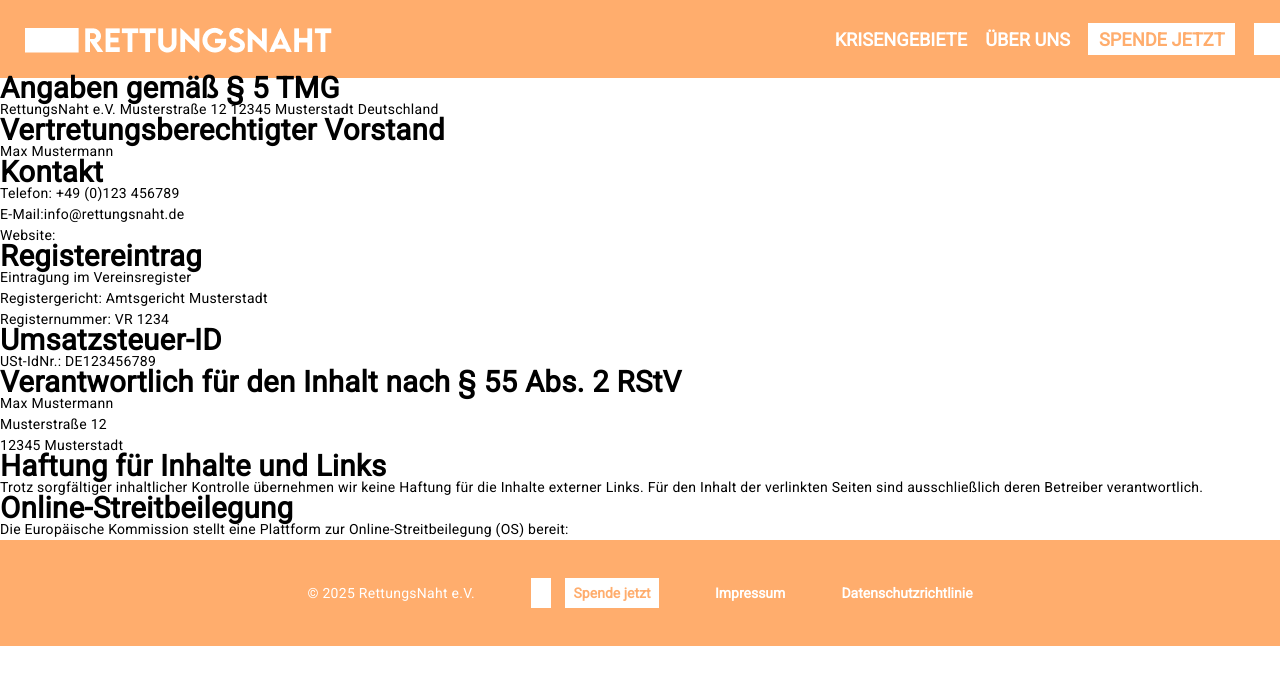
Repository: chriZVee/rettungsnaht
Page: /imprint
The author's editor kept a copy of each file at every save. The page is drawn from the files as they stood at one save, then again after the next save.
The browser window is 1280 px wide. The pictures show the whole page.
The project was rebuilt for these pictures with package versions that can differ from the ones it lists, and the page was loaded fresh each time. Also part of the build but not shown: vite.config.js, src/index.css, src/styles/hero.css, src/components/Hero.jsx, src/styles/form.css, src/components/form/AreaSelection.jsx, src/components/form/ContactData.jsx, src/components/form/DonationMethod.jsx and 15 more.

Above is the page before, as saved 2025-04-14 12:18:11.

After the next save:
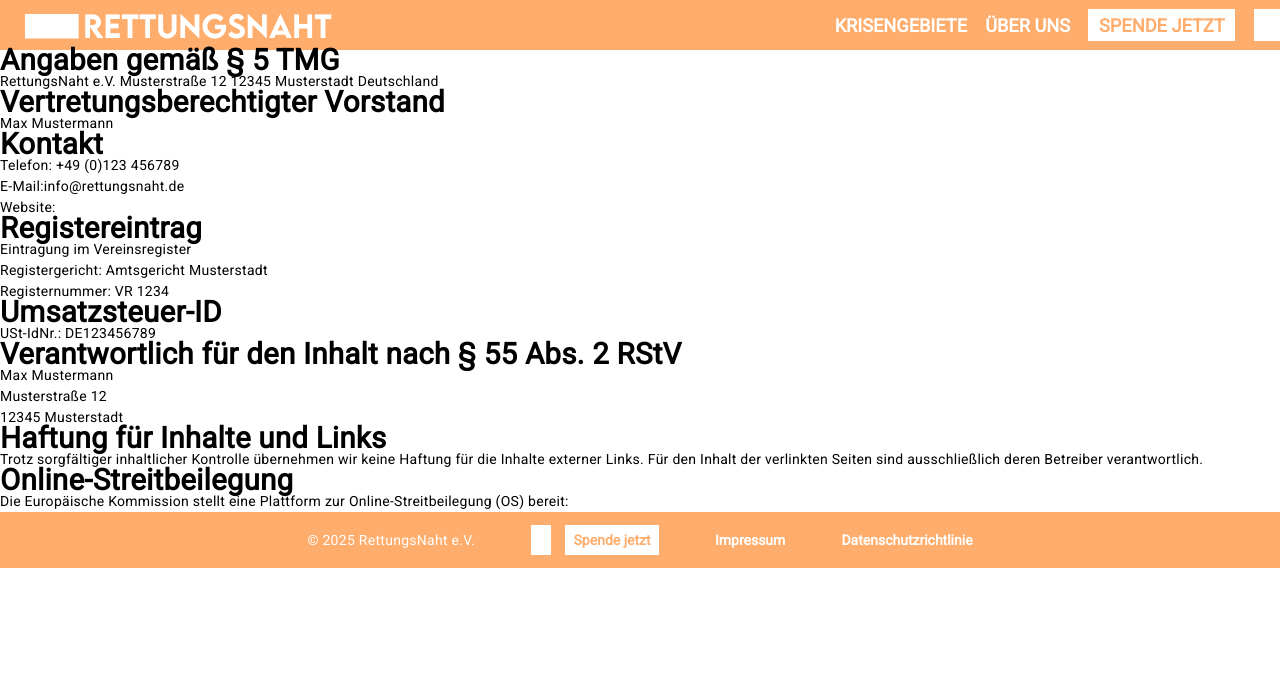
Saved 4 min 47 s later.
--- a/src/styles/global.css
+++ b/src/styles/global.css
@@ -26,6 +26,10 @@
 
   line-height: 1.5rem;
   width: auto;
+}
+
+* {
+  box-sizing: border-box;
 }
 
 body,
